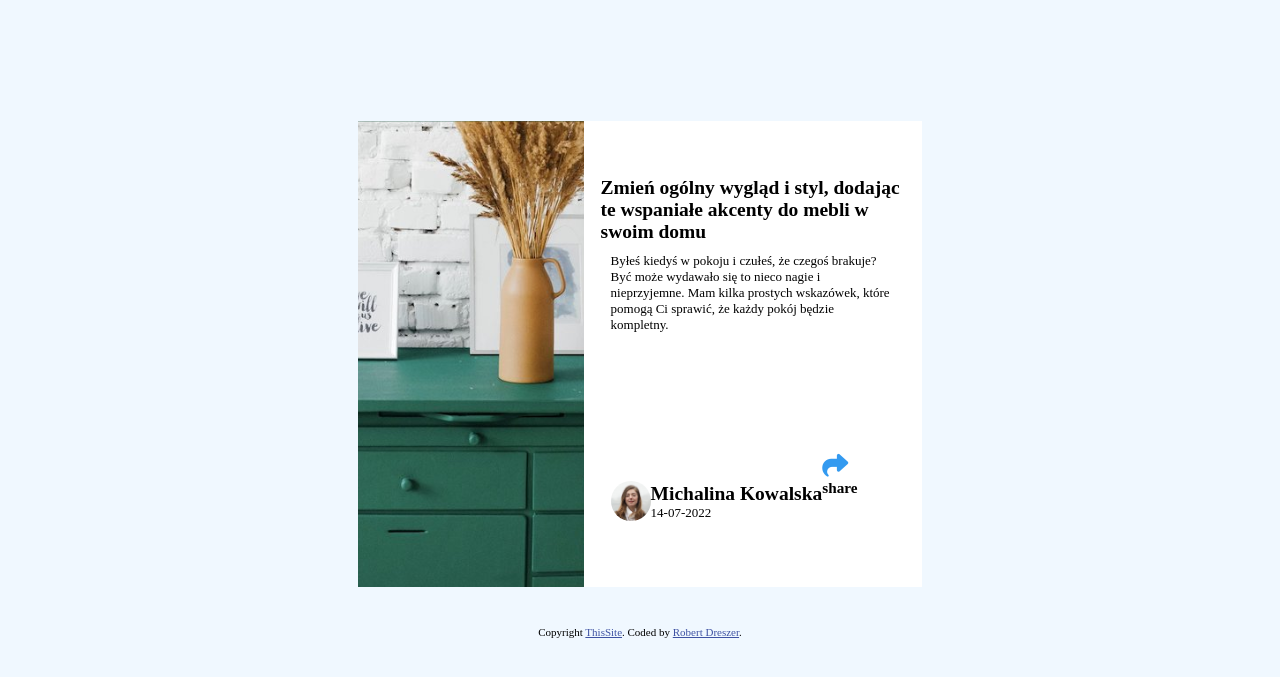
Repository: RobertDsr/komponent-podgl-du-produktu
Page: index.html
These files come from the project's save history. The page is drawn as it stood at one moment and after the next save; the edit follows.
The browser window is 1280 px wide. The pictures show the whole page.
Some web libraries are served in a nearby version. The style sheet was rebuilt from its Sass, Less or Tailwind sources for each picture, by a compiler version that may differ from the author's.

Above is the page before, as saved 2022-07-14 13:43:10.

### index.html
<!DOCTYPE html>
<html lang="pl">

<head>
  <meta charset="UTF-8">
  <meta name="viewport" content="width=device-width, initial-scale=1.0">
  <!-- displays site properly based on user's device -->

  <link rel="icon" type="image/png" sizes="32x32" href="./images/favicon-32x32.png">

  <script src="https://kit.fontawesome.com/f1983936fd.js" crossorigin="anonymous"></script>

  <title>Article preview component</title>

  <link rel="stylesheet" href="./design/css/main.min.css">
</head>

<body>

  <div class="wrapper">
    <div class="columns">
      <div class="columnLeft"></div>
      <div class="columnRight">
        <section class="articleDescription">
          <h1 class="Title">Zmień ogólny wygląd i styl, dodając te wspaniałe akcenty do mebli w swoim domu</h1>
          <p>Byłeś kiedyś w pokoju i czułeś, że czegoś brakuje? Być może wydawało się to nieco nagie i nieprzyjemne. Mam
            kilka prostych wskazówek, które pomogą Ci sprawić, że każdy pokój będzie kompletny.</p>
          <div class="author">
            <img src="./images/avatar-michelle.jpg" alt="Michelle" class="imgAuthor">
            <div class="divAuthorName">
              <h2 class="authorName">Michalina Kowalska</h2>
              <time datetime="2022-07-14">14-07-2022</time>
            </div>
            <div class="socialMedia">
              <i class="fa-solid fa-share fa-2x" style="color: #339af0;"></i>
              <div class="popup">
                <div class="mediaWrapper">
                  <h3>share</h3>
                  <img class="img1" src="./images/icon-facebook.svg" alt="ikona facebooka">
                  <img class="img2" src="./images/icon-twitter.svg" alt="ikona twittera">
                  <img class="img3" src="./images/icon-pinterest.svg" alt="ikona pinteresta">
                </div>
              </div>
            </div>
          </div>
        </section>
      </div>
    </div>
    <footer>
      <div class="attribution">
        Copyright <a href="https://robertdreszer.pl/" target="_blank">ThisSite</a>.
        Coded by <a href="https://robertdreszer.pl/">Robert Dreszer</a>.
      </div>
    </footer>
  </div>
</body>

</html>

### design/scss/main.scss
* {
    box-sizing: border-box;
    margin: 0;
    padding: 0;
}

body {
    font-size: 13px;
}
.wrapper {
    align-items: center;
    background-color: aliceblue;
    display: flex;
    flex-direction: column;
    justify-content: center;
    min-height: 100vh;
    min-width: 100vw;
    max-width: 1440px;
    overflow: hidden;
}

.columns {
    display: flex;
    padding: 3%;
    // justify-content: space-around;
    width: 50%;
}

.columnLeft {
    background: url(../../images/drawers.jpg) center/cover;
    width: 40%;
}

.columnRight {
    background-color: #fff;
    padding: 10% 3% ;
    width: 60%;
}

.title {
    font-size: 1.45rem;
}

.articleDescription p {
    padding: 10px;
}

.author {
    display: flex;
    margin-top: 100px;
    padding: 10px;
    align-items: flex-end;
}

.imgAuthor {
    width: 40px;
    height: 40px;
    border-radius: 50%;
}
.attribution { font-size: 11px; text-align: center; }
.attribution a { color: hsl(228, 45%, 44%); }

After the next save:
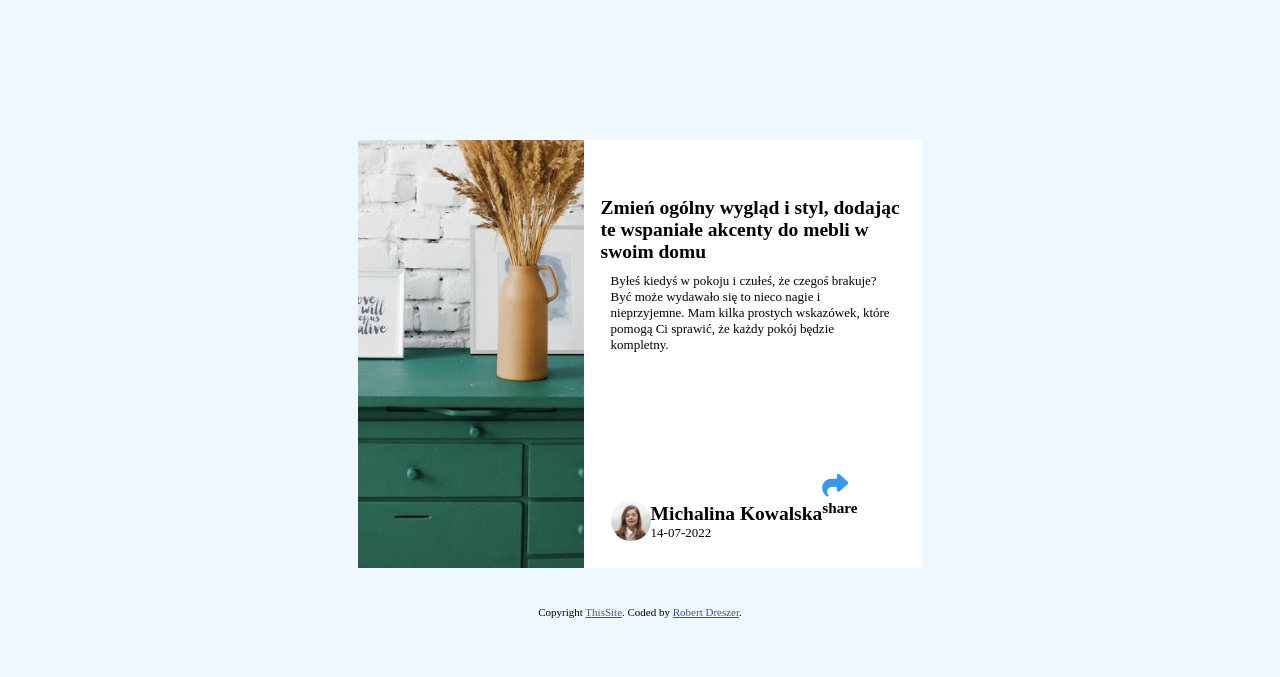
Saved 4 s later.
--- a/design/scss/main.scss
+++ b/design/scss/main.scss
@@ -33,7 +33,7 @@ body {
 
 .columnRight {
     background-color: #fff;
-    padding: 10% 3% ;
+    padding: 10% 3% 3%;
     width: 60%;
 }
 
